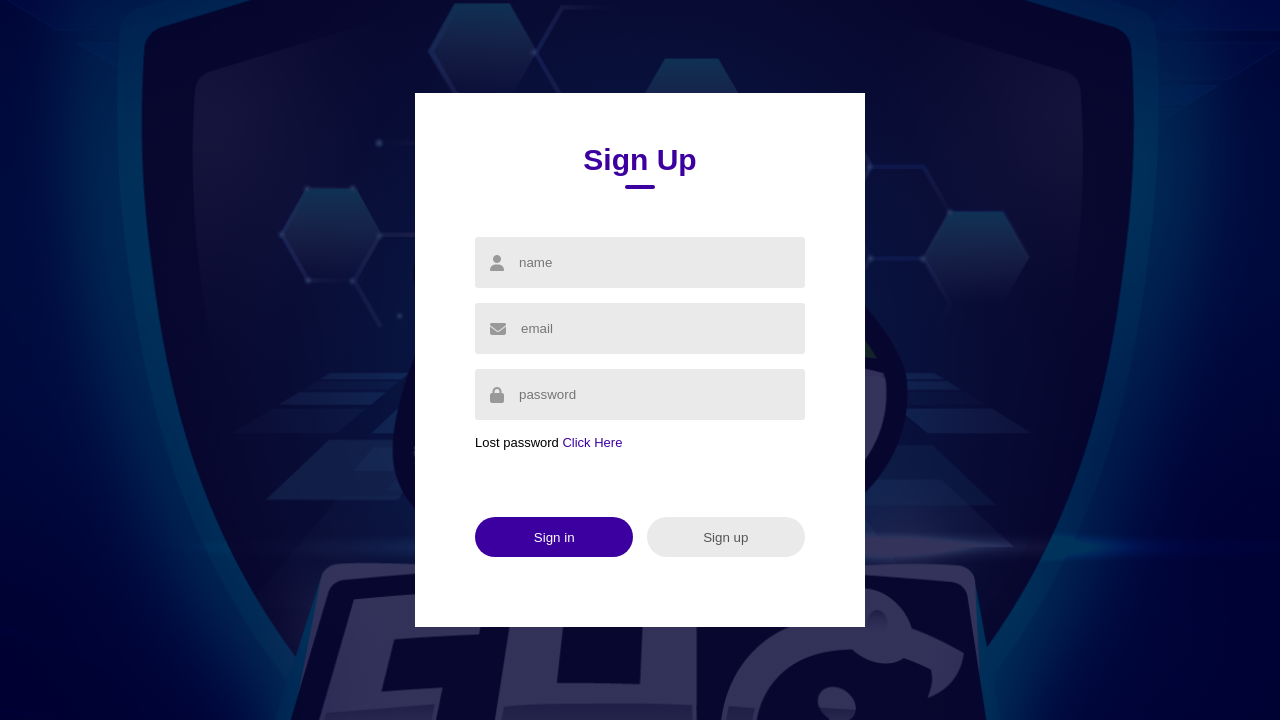
Repository: vietanhlek48/loginProject
Page: index.html
The author's editor kept a copy of each file at every save. The page is drawn from the files as they stood at one save, then again after the next save.
The browser window is 1280 px wide. The pictures show the whole page.
Some web libraries are served in a nearby version.

Above is the page before, as saved 2023-02-16 01:06:53.

After the next save:
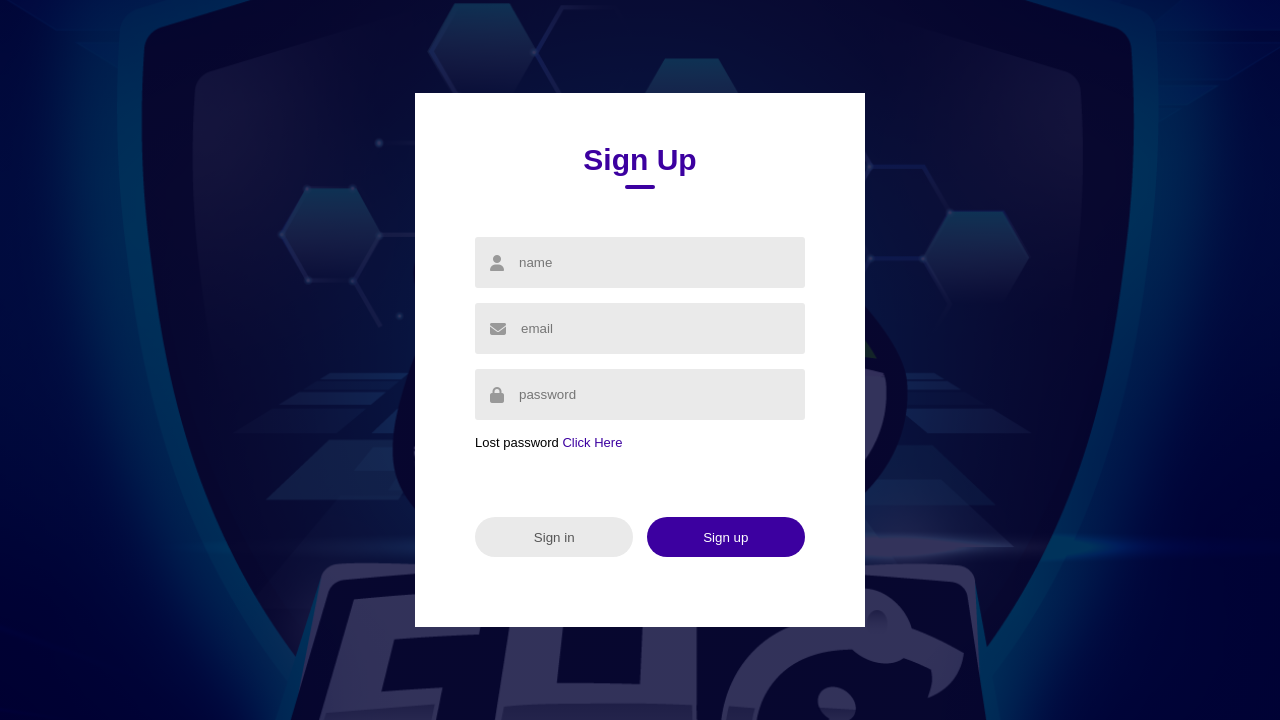
Saved 38 s later.
--- a/index.html
+++ b/index.html
@@ -34,8 +34,8 @@
 
 
                 <div class="btn-field">
-                    <button typpe="button" id="signUpBtn">Sign in</button>
-                    <button typpe="button" id="signInBtn" class="disable" >Sign up</button>
+                    <button typpe="button" id="signInBtn" class="disable">Sign in</button>
+                    <button typpe="button" id="signUpBtn" >Sign up</button>
                 </div>
             </form>
         </div>
